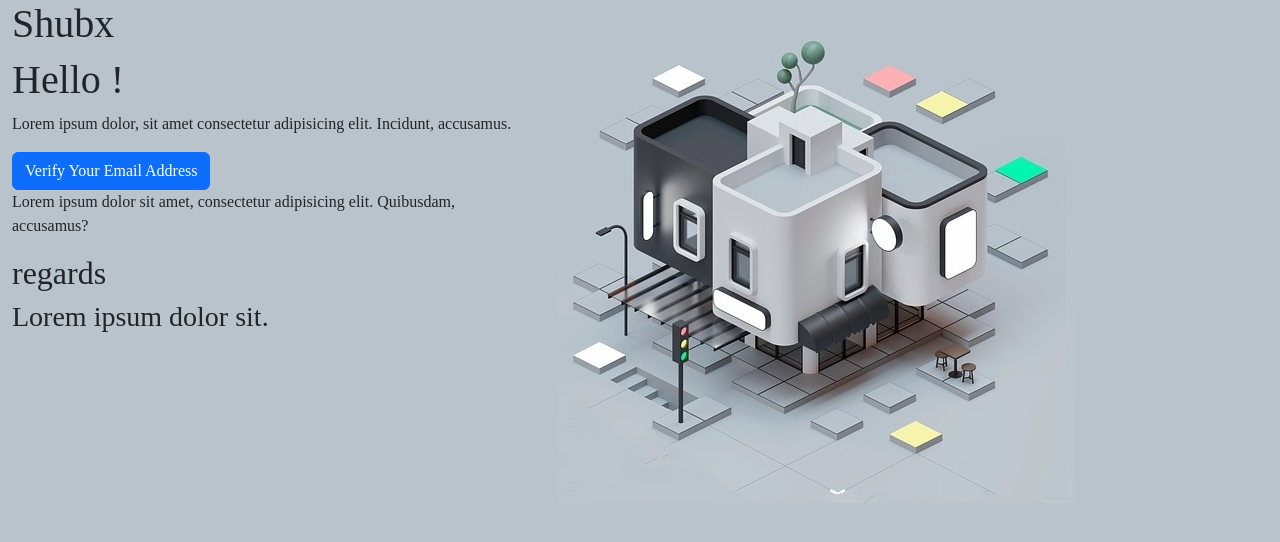
Repository: Aayush919/taskui
Page: index.html
An editor plug-in stored every save of this project. The page is shown before and after a run of saves, followed by the edit.
The browser window is 1280 px wide. The pictures show the whole page.

Above is the page before, as saved 2024-01-12 13:20:27.

After the next 5 saves:
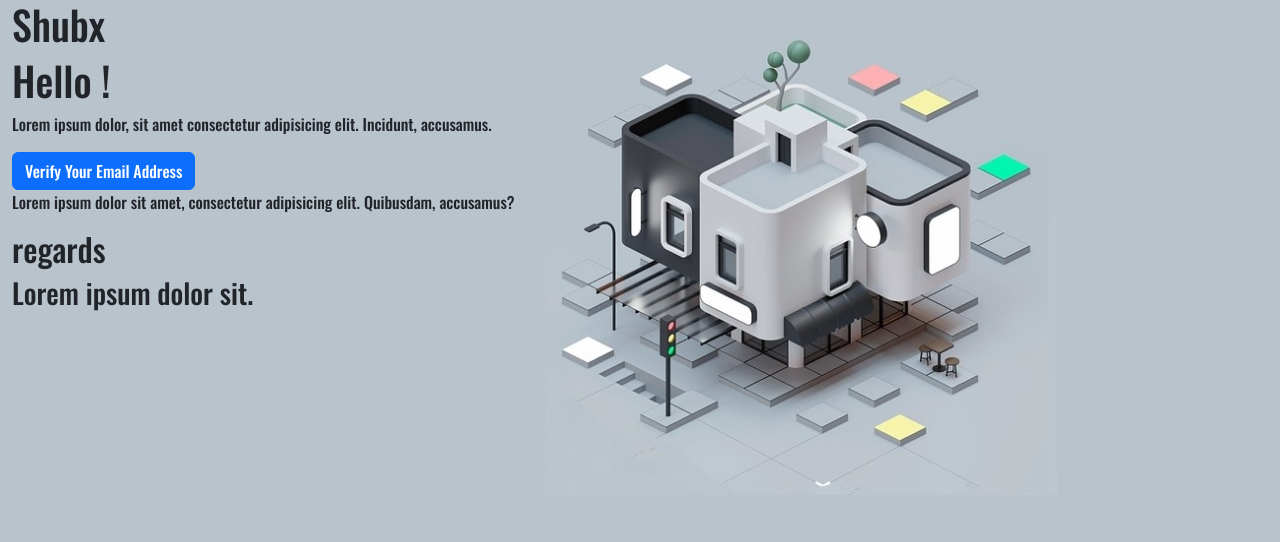
The 5 saves are shown as one change because they came seconds apart.
The last was saved 18 s later.
--- a/style.css
+++ b/style.css
@@ -1,10 +1,11 @@
 
+@import url('https://fonts.googleapis.com/css2?family=Oswald:wght@500&display=swap');
 
 *{
 margin: 0;
 padding: 0;
 box-sizing: border-box;
-font-family:title;
+font-family:Oswald;
 
 }
 
